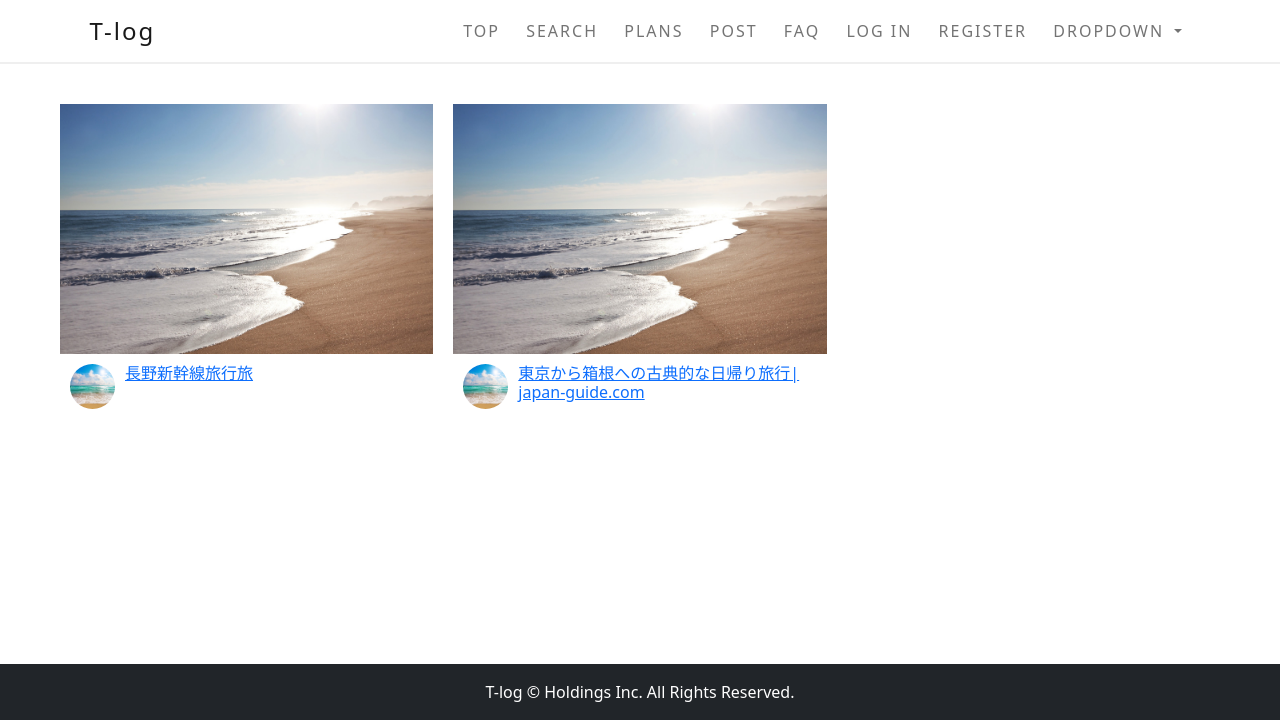
Repository: raddykassy/Rotom
Page: http://localhost/plans
The author's editor kept a copy of each file at every save. The page is drawn from the files as they stood at one save, then again after the next save.
The browser window is 1280 px wide. The pictures show the whole page.
Some web fonts or font styles are not loaded; a fallback is used. The page is served by the project's application, run on Flask 3 (app.py). Other server files are loaded and not shown. The page reads the database file committed with the project.

Above is the page before, as saved 2022-09-17 15:31:37.

### templates/plans.html
{% extends "layout-2.html" %}

{% block content %}

<main class="site-content">
    <div class="plan-grid-layout">
        {% for plan in plans %}
            <div class="plan-grid-item">
                <!-- 以下に値を渡す -->
                <a href="{{ url_for('plan_content',username=plan["user_id"],post_id=plan["id"]) }}">
                    <div class="thumbnail">
                        <img src="../static/img/mare-fa-bene-2.jpeg" alt="picture">
                    </div>
                    <div class="plan-info">
                        <div class="plan-user-info">
                            <img class="plan-profile__img" src="../static/img/profile01.jpeg" width ="45" height="45" alt="profile">
                        </div>
                        <div class="plan-details">
                            <h3>{{ plan["title"] }}</h3>
                        </div>
                    </div>
                </a>
            </div>
        {% endfor %}
    </div>


</main>

{% endblock %}

### templates/layout-2.html
<!-- 透明なnavbarバージョンのlayout -->
<!DOCTYPE html>
<html lang="ja">
<head id="head">
    <meta charset="UTF-8">
    <meta http-equiv="X-UA-Compatible" content="IE=edge">
    <meta name="viewport" content="width=device-width, initial-scale=1.0">
    <title>T-log index</title>
    <!-- bootstrap(css)-->
    <link href="https://cdn.jsdelivr.net/npm/bootstrap@5.0.2/dist/css/bootstrap.min.css" rel="stylesheet" integrity="sha384-EVSTQN3/azprG1Anm3QDgpJLIm9Nao0Yz1ztcQTwFspd3yD65VohhpuuCOmLASjC" crossorigin="anonymous">
    <!-- end bootstrap(css) -->
    <link rel="stylesheet" href="../static/css/style.css">
</head>
<body>
    <div class="wrapper">

            <!-- header -->
            <header class="header normal-hd">
                <nav class="navbar navbar-expand-lg navbar-light .bg-dark text-black">
                    <div class="container-fluid hd-container">
                        <a class="navbar-brand fs-4" href="/">T-log</a>
                        <button class="navbar-toggler" type="button" data-bs-toggle="collapse" data-bs-target="#navbarNavDropdown" aria-controls="navbarNavDropdown" aria-expanded="false" aria-label="Toggle navigation">
                        <span class="navbar-toggler-icon"></span>
                        </button>
                        <div class="collapse navbar-collapse mr-1 navbar-collapseEdit" id="navbarNavDropdown">
                            <ul class="navbar-nav">
                                <li class="nav-item item">
                                    <a class="nav-link" aria-current="page" href="/">TOP</a>
                                </li>
                                <li class="nav-item item">
                                    <a class="nav-link" href="/#search">SEARCH</a>
                                </li>
                                <li class="nav-item item">
                                    <a class="nav-link" href="plans">PLANS</a>
                                </li>
                                <li class="nav-item item">
                                    <a class="nav-link" href="post">POST</a>
                                </li>
                                <li class="nav-item item">
                                    <a class="nav-link" href="inquiry">FAQ</a>
                                </li>
                                <li class="nav-item item">
                                    <a class="nav-link" href="login">LOG IN</a>
                                </li>
                                <li class="nav-item item">
                                    <a class="nav-link" href="register">REGISTER</a>
                                </li>
                                <li class="nav-item dropdown item">
                                    <a class="nav-link dropdown-toggle" href="#" id="navbarDropdownMenuLink" role="button" data-bs-toggle="dropdown" aria-expanded="false">
                                        DROPDOWN
                                    </a>
                                    <ul class="dropdown-menu" aria-labelledby="navbarDropdownMenuLink">
                                        <li><a class="dropdown-item" href="#">Action</a></li>
                                        <li><a class="dropdown-item" href="#">Another action</a></li>
                                        <li><a class="dropdown-item" href="#">Something else here</a></li>
                                    </ul>
                                </li>
                            </ul>
                        </div>
                    </div>
                </nav>
            </header>

        {% block content %}
            <!-- main-content -->
        {% endblock %}


        <footer class="text-center bg-dark p-3">
            <div class="copyright">
                <span class="text-white">T-log © Holdings Inc. All Rights Reserved.</span>
            </div>
        </footer>
    </div>

    <!-- bootstrap(js) -->
    <script src="https://cdn.jsdelivr.net/npm/bootstrap@5.0.2/dist/js/bootstrap.bundle.min.js" integrity="sha384-MrcW6ZMFYlzcLA8Nl+NtUVF0sA7MsXsP1UyJoMp4YLEuNSfAP+JcXn/tWtIaxVXM" crossorigin="anonymous"></script>
    <!-- end bootstrap(js) -->
</body>
</html>

### app.py
from turtle import title
from flask import Flask, render_template, request, redirect, session
import sqlite3

app = Flask(__name__)
app.secret_key = "123456789rotom"

USERLIST = {
    'kaito@gmail.com':'114',
    'ryoga@gmail.com':'066',
    'kosuke@gmail.com':'112',
    'h.kawara1717@gmail.com':'126'
}

@app.route('/')
def index():
    # print(USERLIST)
    return render_template('index.html')


# loginページ
@app.route('/login', methods=['GET', 'POST'])
def login():
    """
    GET: loginページの表示
    POST: username, passwordの取得, sesion情報の登録
    """
    if request.method == 'POST':
        email = request.form.get("email")
        password = request.form.get('password')

        if not email in USERLIST:
            return """<h1>email または password が間違っています</h1>"""
        if USERLIST[email] != password:
            return """<h1>email または password が間違っています</h1>"""

        session[email] = email

        return """
        <h1>ログインに成功しました</h1>
        <p><a href='/'> ⇒top page</p>
        """

    else:
        return render_template("login.html")


# logout
@app.route("/logout")
def logout():
    session.clear()
    return redirect('/')

# register
@app.route("/register", methods=["GET", "POST"])
def register():
    """
    GET: register.htmlの表示
    POST: ユーザの追加
    """

    if request.method == 'POST':
        email = request.form.get("email")
        password = request.form.get('password')
        confirmation = request.form.get('confirm-password')

        if email in USERLIST:
            return """<h1>このemailは登録済みです<h1>"""
        if password != confirmation:
            return """<h1>passwordが一致しません</h1>"""

        # 辞書に追加(flask終了するごとにUSERLISTはリセット)
        USERLIST[email]=password
        # print(USERLIST)
        return redirect ("/")


    else:
        return render_template("register.html")

@app.route("/post", methods=["GET", "POST"])
def post():
    return render_template("post.html")

@app.route('/inquiry')
def inquiry():
    return render_template('inquiry.html')

@app.route('/plan')
def plan():
    return render_template('plan.html')

@app.route('/serach')
def search():
    return render_template('search.html')

@app.route('/content')
def content():
    return render_template('content.html')

#データベースから取ってきた値を辞書形式で扱えるように
def user_lit_factory(cursor, row):
   d = {}
   for idx, col in enumerate(cursor.description):
       d[col[0]] = row[idx]
   return d

@app.route('/plans')
def plans():
    #データベースから情報を取ってきて、plans.htmlに渡す。
    #渡す情報　plan_places, plans
    dbname = "Rotom.db"
    conn = sqlite3.connect(dbname)
    conn.row_factory = user_lit_factory

    cur = conn.cursor()

    #plansを全て取得
    plans = list(cur.execute("SELECT * FROM plans"))

    print(plans)
    return render_template('plans.html',plans=plans)


@app.route('/plan_content/<username>/<int:post_id>')
def plan_content(username, post_id):
    #データベースから情報を取ってきて、content.htmlに渡す。

    dbname = "Rotom.db"
    conn = sqlite3.connect(dbname)
    conn.row_factory = user_lit_factory

    cur = conn.cursor()

    place_info_li = list(cur.execute("SELECT * FROM plan_places WHERE plan_id = ?", (post_id,)))
    plan_info = list(cur.execute("SELECT * FROM plans WHERE id=?", (post_id,)))


    print()
    return render_template('content.html', plan_info = plan_info, username = username, place_info_li = place_info_li)

### static/css/style.css
/* fonts */
@import url('https://fonts.googleapis.com/css2?family=Zen+Old+Mincho:wght@700&display=swap');
@import url('http://fonts.cdnfonts.com/css/ink-free');
@import url('https://fonts.googleapis.com/css?family=Noto+Sans+JP&display=swap');
/* end fonts */

/* common */
.wrapper {
    position: relative;
    min-height: 100vh;
    padding-bottom: 2rem;
    box-sizing: border-box;
}

ul {
    list-style-type: none;
}

/* header */

header {
    position: fixed;
    width: 100%;
    z-index: 999;
    letter-spacing: 2px;
}

/* excepted index.html */
.normal-hd {
    position: relative !important;
    border-bottom: 2px solid;
    border-color: #efefef;
}
/* excepted index.html */

.navbar-collapseEdit {
    flex-grow: 0;
}

.hd-container {
    padding: 0 7vw;
}

ul li.item:not(:first-of-type) {
    padding-left: .8vw;
}

.catch-phrase {
    font-family: 'Zen Old Mincho', serif;
    margin-bottom: 2rem;
}

.catch-copy {
    font-family: 'Ink Free', sans-serif;
    font-size: 8vw;
}
/* end header */

/* footer */
footer {
    width: 100%;
    position: absolute;
    bottom: 0;
}
/* footer end */

/* common end */

/* main(index.html) */
.mainContents {
    width: 100%;
    height: auto;
    padding: 30vh 0;
    text-align: center;
    align-items: center;
    background-image: url("../img/bg-img01.jpg");
    background-position: center;
    background-size: cover;
    background-repeat: no-repeat;
    position: relative;
}

.headline {
    z-index: 10;
}

.bg-img-blur {
    position: absolute;
    z-index: 1;
    width: 100%;
    height: auto;
    top: 0;
    right: 0;
    left: 0;
    bottom: 0;
    background-color: rgba(0, 0, 0, 0.5);
}

.btn-search {
    font-family: 'Noto Sans JP', sans-serif;
    color: #FFFFFF;
    border: none;
    border-radius: 1.25rem;
    background: linear-gradient(to right, #f173d6, #0468ff);
    padding: 0.5rem 2.95rem;
    border-color: aliceblue;
}

/* main end */


/* form-search(index.html) */
.form-search {
    text-align: center;
}
/* form-search end */

/*------ post(post.html)------- */
/* .planning {
    margin-top: 30px;
}

.planning-wrapper {
    display: flex;
    justify-content: space-around;
}

.post-plan-form > input {
    display: block;
    width: 100%;
    margin: 20px;
}

#map {
    width: 40vw;
    height: 50vh;
    margin: 0 auto;
}

.input_geo_name {
    width: 500px;
} */

.post-wrapper {
    display: flex;
    margin-bottom: 3rem;
}

.planning, .mapping {
    padding: 20px;
}

.planning {
    text-align: center;
    background: pink;
    width: 60%;
    margin-right: 20px;
}

.mapping {
    text-align: center;
    background: skyblue;
    width: 40%;
}

.planning-form {
    width: 60%;
    margin: 0 auto;
}

.mapping ul {
    background-color: #f0f0f0;
    padding: 30px;
}

.add-plan-btn {
    border-radius: 1.5rem;
    padding: .475rem 1.1rem;
}

.delete-plan-btn {
    border-radius: 1.5rem;
    color: #FFFFFF;
    background-color: #ff0505e0;
    border-color: #ff0505e0;
    padding: .475rem 1.1rem;
}

.delete-plan-btn:hover {
    color: #FFFFFF;
    background-color: #b40d0de0;
    border-color: #b40d0de0;
    padding: .475rem 1.1rem;
}

.submit-plan-btn {
    border-radius: 1.5rem;
    padding: .475rem 1.1rem;
}

.plan-map-wrapper {
    width: 100%;
    height: 100%;
}

#map {
    width: 100%;
    height: 100%;
    margin: 0 auto;
}

.btn:focus {
    outline: 0;
    box-shadow: none;
}



/* -------end post(post.html)------- */


.video-container{
    position: relative;
    overflow: hidden;
    width: 100%;
    background: #000;
    /* margin-top: 70px; */

}

.video-container{aspect-ratio:16 / 9;width:100%;height:100%}

/* 縦横比率をレスポンシブに */
iframe {aspect-ratio:16 / 9;width:100%;height:100%}

.youtube-video {
    position: absolute;
    top: 0;
    left: 0;
    bottom: 0;
    right: 0;
    width: 100%;
    height: 100%;

}

.column{
    display: flex;
    justify-content: space-between;
    margin: 20px;
    padding-bottom: 30px;
}


/* 境界線 */
.title{
    border-bottom: 1px solid rgba(0,0,0,0.1);
}

.title h1{
    padding-left: 20px;
    padding-bottom: 15px;
}

.user_info{
    border-top: 1px solid rgba(0,0,0,0.1);
    border-bottom: 1px solid rgba(0,0,0,0.1);
}

.trip-route{
    border-bottom: 1px solid rgba(0,0,0,0.1);
}
/*
.user_name{
    color: #545454;
} */

/* プロフィール */
.profile__img {
    display: block;
    width: 70px;
    height: 70px;
    border-radius:50%;
    /* margin: 0 auto; */
  }

  .user_info {
    display: flex;
    flex-direction: row;
    background: #FFF;
    padding: 2rem;
  }

  .user_name{
    margin-left: 20px;
    padding:20px 0;
    align-items: center;
  }

  .destination-num{
    position: absolute;
    left: 51px;
    top: 50%;
    -webkit-transform: translate(-50%,-50%);
    transform: translate(-50%,-50%);
    width: 40px;
    height: 40px;
    border-radius: 50%;
    z-index: 3;
    font-weight: 700;
    line-height: 40px;
    text-align: center;
    pointer-events: none;
    background: #B8FFCC;
  }


.content-facade {
    position: absolute;
    height: 44px;
    cursor: pointer;
}


/* ここからcontentのlist */
ol {
    counter-reset: item;
    list-style-type: none;
    line-height: 2.2;
    margin-left: -40px;
  }

ol li {
display: block;
position: relative;
}

ol li span {
margin-left: 40px;
}


ol li:before {
    content: counter(item) " ";
    counter-increment: item;
    color: white;
    position: absolute;
    top: 50%;
    margin-top: -1em;
    background: linear-gradient(90deg, hsla(145, 84%, 73%, 1) 0%, hsla(150, 61%, 48%, 1) 100%);
    height: 2em;
    width: 2em;
    line-height: 2em;
    text-align: center;
    border-radius: 2em;
    font-weight: 700;
  }

.line{
    margin-left: 15px;
    position: relative;
}

.start-point li::marker{
    content: "🚩";
    font-size: 35px;
}
.end-point li::marker{
    content: "🚩";
    font-size: 35px;

}



/* ここまでcontentのlist */


.plan-page-map {
    /* width: 80%; */
    margin: auto;
    width: 90%;
    height: 500px;
    border: 3px solid;
    padding: 10px;

}


.map-container{
    margin-top: 20px;
}

  /* マップとスケジュールを2分割 */
@media ( min-width : 600px ){

    .flexbox {
    width: 100%;
    margin: 0 auto;
    display: -webkit-flex;
    display: flex;
    }

.schedule-container,
.map-container
{
    -webkit-flex: 1;
    flex: 1;
    background: none;
}
}

/* ここからプランページ一覧のcss */

.plan-info{
    display: flex;
    flex-direction: row;
}

.plan-grid-layout{
    margin: 30px 50px;
}

.plan-grid-layout{
    display: grid;
    /* 3カラムのグリッド */
    grid-template-columns: 1fr 1fr 1fr;

    /* column-gap: 50px; */
}


.plan-grid-layout>div{
    margin-bottom: 20px;
    padding: 10px;
    box-sizing: border-box;
}

.thumbnail img {
    width: 100%;
    height: 250px;
}

.plan-user-info{
    width: 45px;
    height: 45px;
}


.plan-user-info img{
    margin-left: 10px;
    margin-top:10px;
    /* display: block; */
    /* height: ; */
    width: 45px;
    height: 45px;
    border-radius:50%;
}



.plan-details{
    display: flex;
    height: 15%;
    margin-left: 20px;
    margin-top: 10px;
}

.plan-details h3 {
    display: block;
    /* float: left; */
    text-align:left;
    margin-left: 0%;
    font-size: medium;
    margin: auto;
    table-layout: fixed;
}

.plan-details p{
    color: gray;
}

/* ここまでプランページ一覧のcss */

### Rotom.db (the tables this page reads, as SQL)
CREATE TABLE plans(
    id INTEGER PRIMARY KEY AUTOINCREMENT,
    user_id INTEGER NOT NULL,
    title TEXT NOT NULL,
    description TEXT,
    schedule TEXT,
    url TEXT,
    time TIMESTAMP DEFAULT CURRENT_TIMESTAMP,
    FOREIGN KEY(user_id) REFERENCES users(id));
INSERT INTO "plans" VALUES
(1, 1, '長野新幹線旅行旅', NULL, NULL, 'https://youtu.be/kQpssznrf-g', '2022-09-15 09:11:23'),
(2, 2, '東京から箱根への古典的な日帰り旅行| japan-guide.com', NULL, NULL, 'https://youtu.be/sQAa7zMFJKE', '2022-09-16 11:31:38');

After the next save:
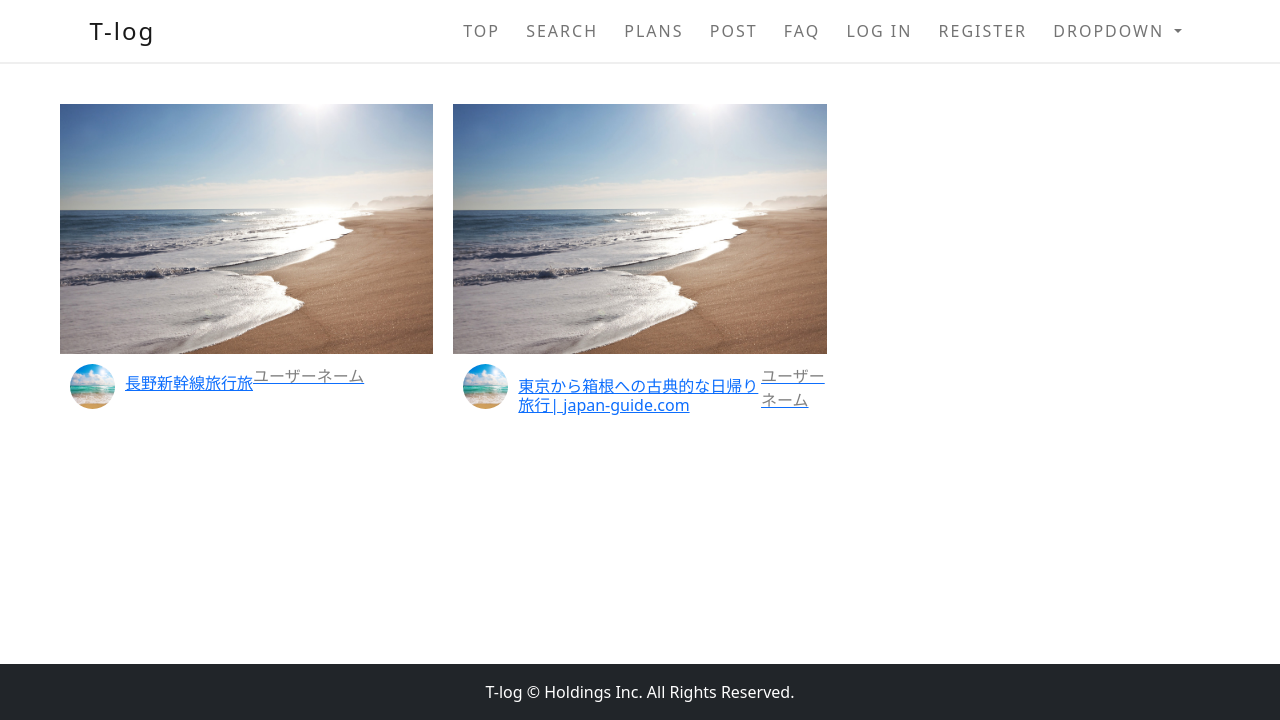
Saved 72 s later.
--- a/templates/plans.html
+++ b/templates/plans.html
@@ -17,6 +17,7 @@
                         </div>
                         <div class="plan-details">
                             <h3>{{ plan["title"] }}</h3>
+                            <p>ユーザーネーム</p>
                         </div>
                     </div>
                 </a>
